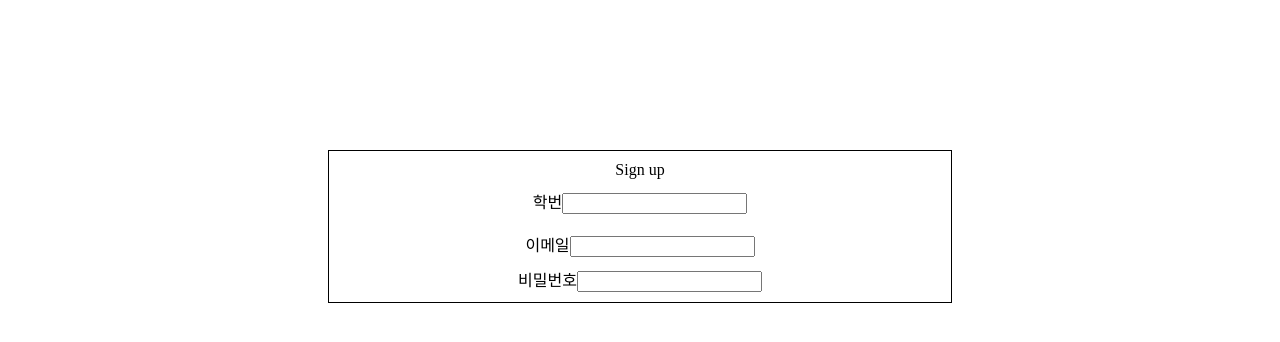
Repository: smandkd/Multicampus_Frontend
Page: http://localhost/Mulcam_Project/jsp/signup.jsp
An editor plug-in stored every save of this project. The page is shown before and after the next save, followed by the edit.
The browser window is 1280 px wide. The pictures show the whole page.
The page is served by Tomcat 9.

Above is the page before, as saved 2022-01-30 02:10:25.

After the next save:
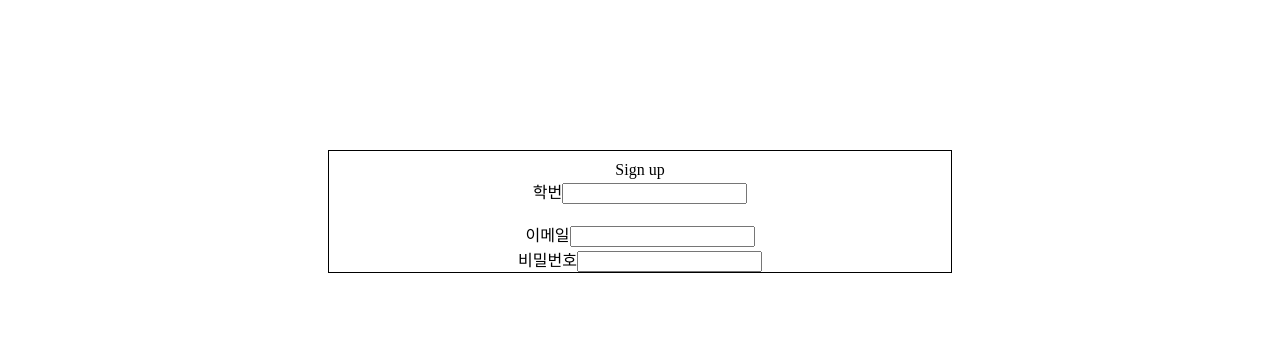
Saved 20 s later.
--- a/Mulcam_Project/jsp/signup.jsp
+++ b/Mulcam_Project/jsp/signup.jsp
@@ -27,14 +27,14 @@
 <div class="a">
 	Sign up
 	<div>
-		<div class="b">
+		<div >
 		학번<input type="text"/>
 		</div>
 		<br/>
-		<div class="c">
+		<div >
 		이메일<input type="text"/>
 		</div>
-		<div class="c">
+		<div >
 		비밀번호<input type="text"/>
 		</div>
 	</div>

After the save that followed:
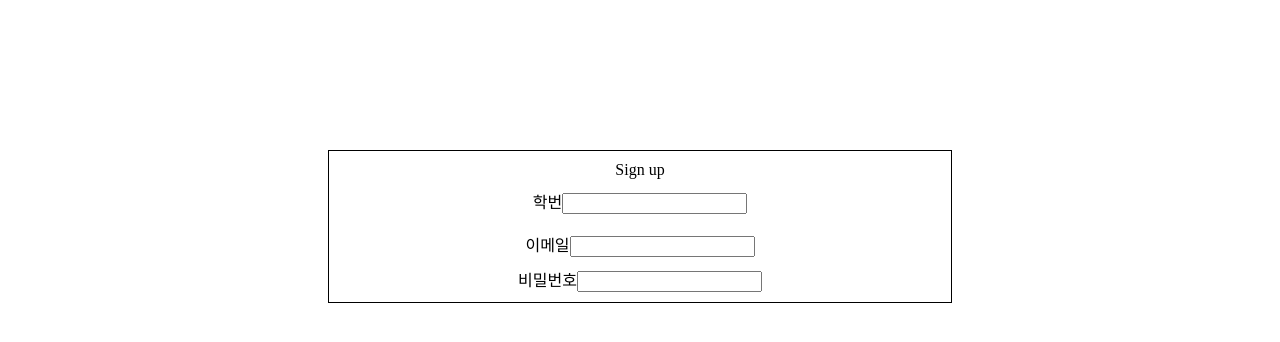
Saved 67 s later.
--- a/Mulcam_Project/jsp/signup.jsp
+++ b/Mulcam_Project/jsp/signup.jsp
@@ -6,7 +6,7 @@
 <meta name="viewport" content="width=device-width, initial-scale=1.0">
 <style type="text/css">
 .a {
-	position:static;
+	position;
 	text-align:center;
 	margin-right:320px;
 	margin-left:320px;
@@ -27,14 +27,14 @@
 <div class="a">
 	Sign up
 	<div>
-		<div >
+		<div class="b">
 		학번<input type="text"/>
 		</div>
 		<br/>
-		<div >
+		<div class="c">
 		이메일<input type="text"/>
 		</div>
-		<div >
+		<div class="c">
 		비밀번호<input type="text"/>
 		</div>
 	</div>
